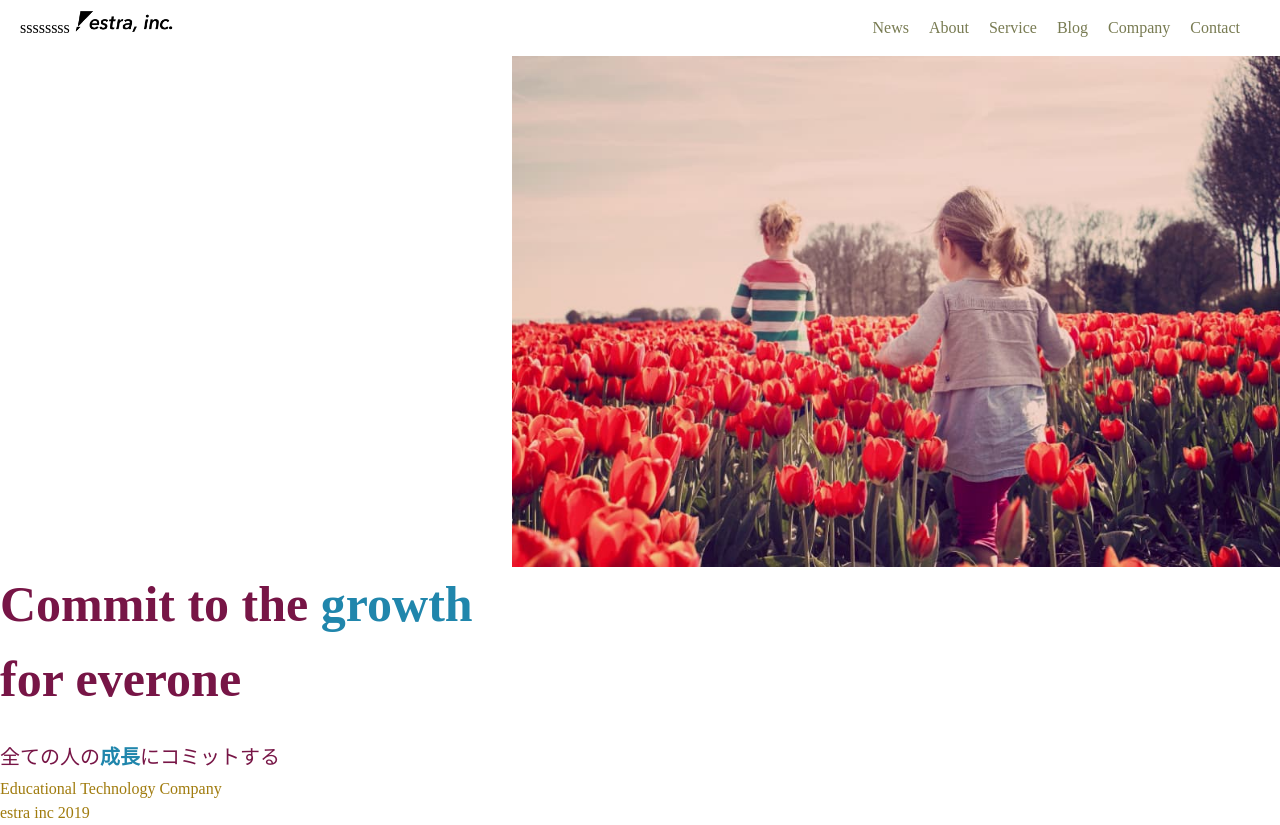
Repository: masanarimiura/20220504miura
Page: index.html
An editor plug-in stored every save of this project. The page is shown before and after a run of saves, followed by the edit.
The browser window is 1280 px wide. The pictures show the whole page.
Some web fonts or font styles are not loaded; a fallback is used.

Above is the page before, as saved 2022-05-04 18:33:30.

### index.html
<!DOCTYPE html>
<html lang="ja">

<head>
  <meta charset="UTF-8">
  <meta http-equiv="X-UA-Compatible" content="IE=edge">
  <meta name="viewport" content="width=device-width, initial-scale=1.0">
  <title>20220504miura</title>
  <link rel="stylesheet" href="css/reset.css">
  <link rel="stylesheet" href="css/style.css">
  <link rel="preconnect" href="https://fonts.googleapis.com">
  <link rel="preconnect" href="https://fonts.gstatic.com" crossorigin>
  <link href="https://fonts.googleapis.com/css2?family=Gochi+Hand&display=swap" rel="stylesheet">
</head>
<header class="header">
  <div class="header-inner">
    <div class="header-logo">
      <a href="">ssssssss
        <img src="img/estra_logo.png" alt="">
      </a>
    </div>
    <nav class="header-nav">
      <ul class="header-nav-list">
        <li class="header-nav-item"><a href="" class="header-nav-link">
            News
          </a></li>
        <li class="header-nav-item"><a href="" class="header-nav-link">
            About
          </a></li>
        <li class="header-nav-item"><a href="" class="header-nav-link">
            Service
          </a></li>
        <li class="header-nav-item"><a href="" class="header-nav-link">
            Blog
          </a></li>
        <li class="header-nav-item"><a href="" class="header-nav-link">
            Company
          </a></li>
        <li class="header-nav-item"><a href="" class="header-nav-link">
            Contact
          </a></li>
      </ul>
    </nav>
  </div>
</header>
<div class="firstview">
  <img src="img/firstview.jpg" alt="">

  <h2 class="firstview-ttl">
    Commit to the <span class="firstview-text-emphasis">growth</span> <br>for everone
  </h2>
  <div class="firstview">
    <p class="firstview-text">
      全ての人の<span class="firstview-text-emphasis">成長</span>にコミットする
    </p>
    <p class="firstview-en">
      Educational Technology Company <br>estra inc 2019
    </p>
  </div>
</div>

<body>

</body>

</html>

### css/style.css
a {
  text-decoration: none;
  color: inherit;
}
.header {
  width: 100%;
}
.header-inner {
  display: flex;
  justify-content: space-between;
  margin: 10px 20px;
}
.header img {
  width: 100px;
}
.header-nav {
  margin: 10px 20px;
}
.header-nav-list {
  display: flex;
  justify-content: center;
}
.header-nav-item {
  color: rgb(120, 123, 82);
}
.header-nav-item:not(:last-child) {
  padding-right: 20px;
}
.firstview {
  width: 100%;
  position: relative;
}
.firstview img {
  width: 60%;
  margin: 0 0 0 auto;
  display: block;
}
.firstview-ttl {
  color: rgb(119, 21, 70);
  font-size: 50px;
  font-family: "Gochi Hand", cursive;
  line-height: 1.5;
}
.firstview-text {
  color: rgb(119, 21, 70);
  font-size: 20px;
  margin-top: 30px;
}
.firstview-en {
  color: rgb(160, 123, 13);
  line-height: 1.5;
  margin-top: 10px;
}
.firstview-text-emphasis {
  color: rgb(32, 134, 172);
  font-weight: bold;
}

Loaded but not shown: css/reset.css (common file)

After the next 4 saves:
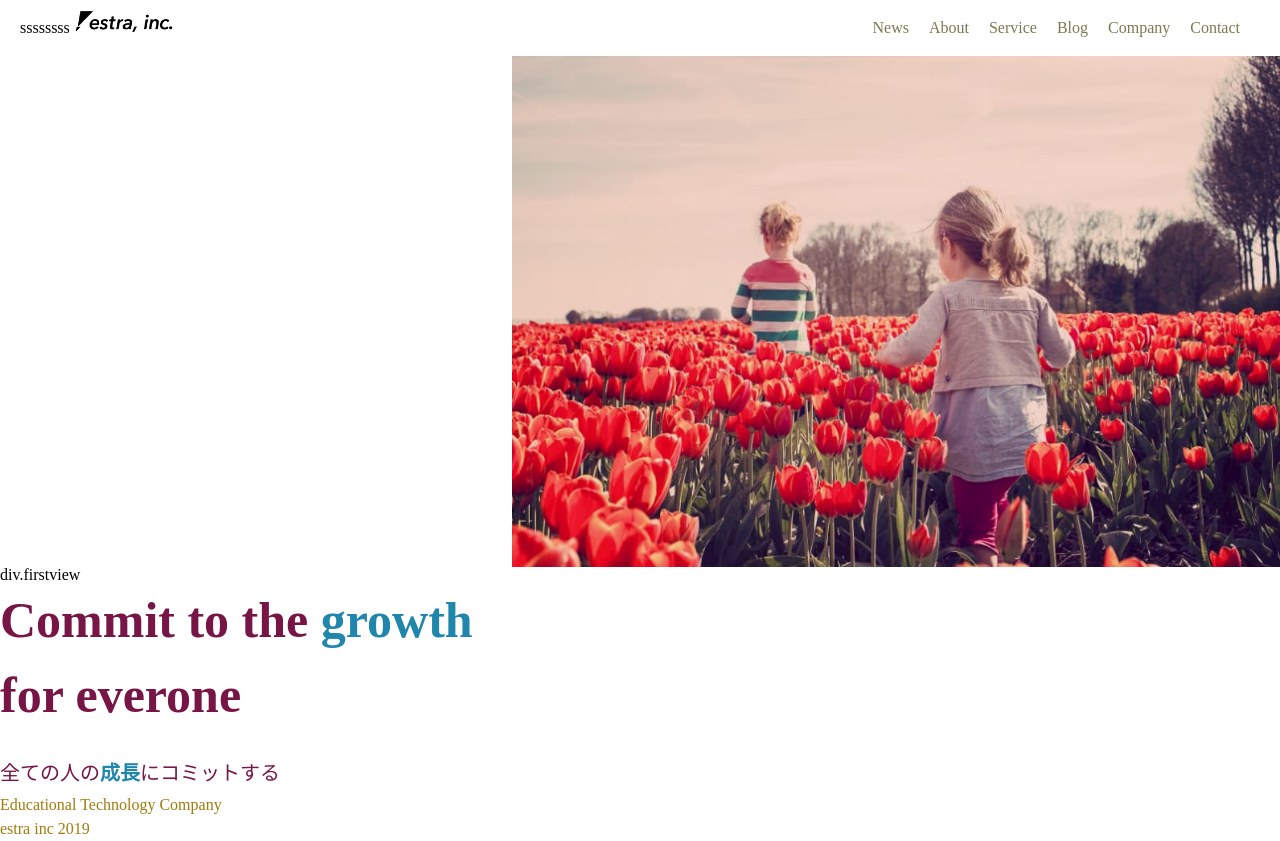
The 4 saves are shown as one change because they came seconds apart.
The last was saved 13 s later.
--- a/index.html
+++ b/index.html
@@ -45,7 +45,7 @@
 </header>
 <div class="firstview">
   <img src="img/firstview.jpg" alt="">
-
+  div.firstview
   <h2 class="firstview-ttl">
     Commit to the <span class="firstview-text-emphasis">growth</span> <br>for everone
   </h2>

After the 2 saves that followed:
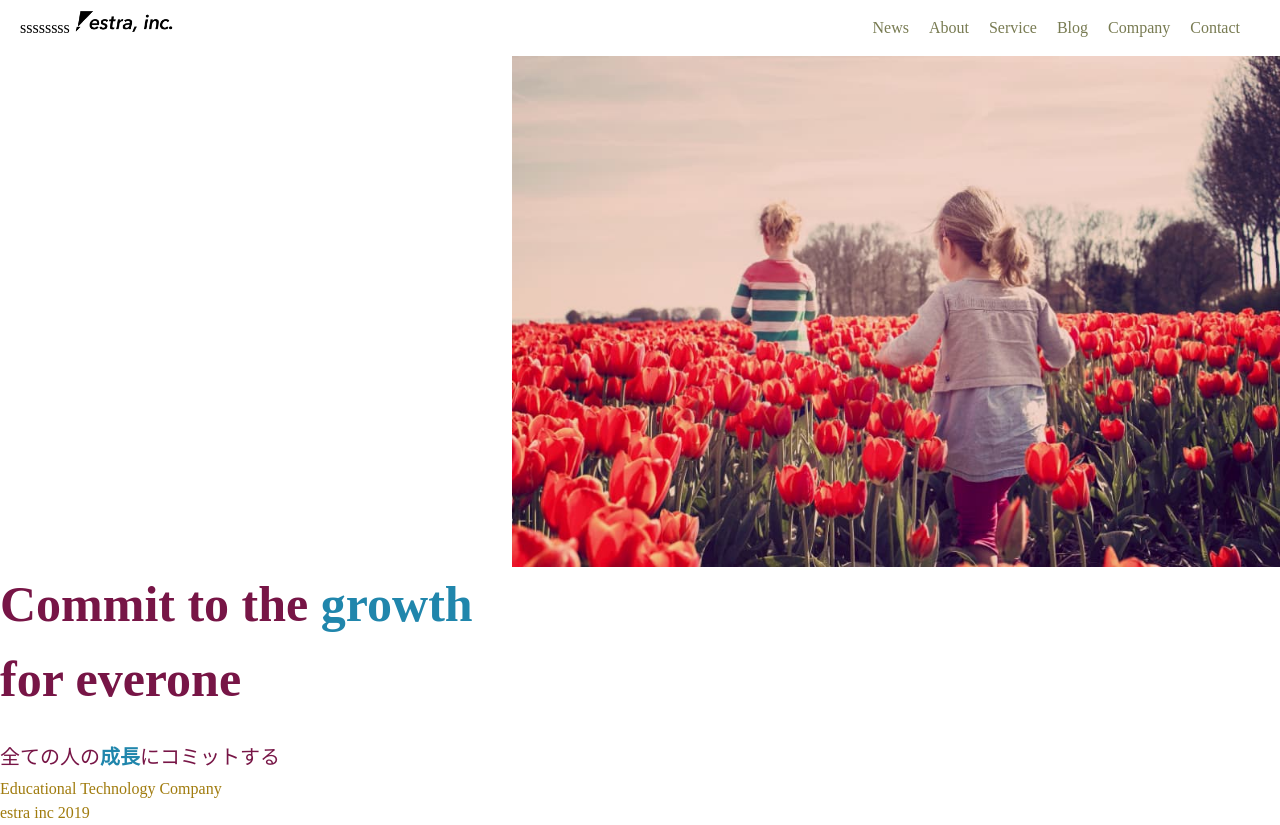
The 2 saves are shown as one change because they came seconds apart.
The last was saved 11 s later.
--- a/index.html
+++ b/index.html
@@ -45,7 +45,7 @@
 </header>
 <div class="firstview">
   <img src="img/firstview.jpg" alt="">
-  div.firstview
+  <div class="firstview-inner"></div>
   <h2 class="firstview-ttl">
     Commit to the <span class="firstview-text-emphasis">growth</span> <br>for everone
   </h2>
